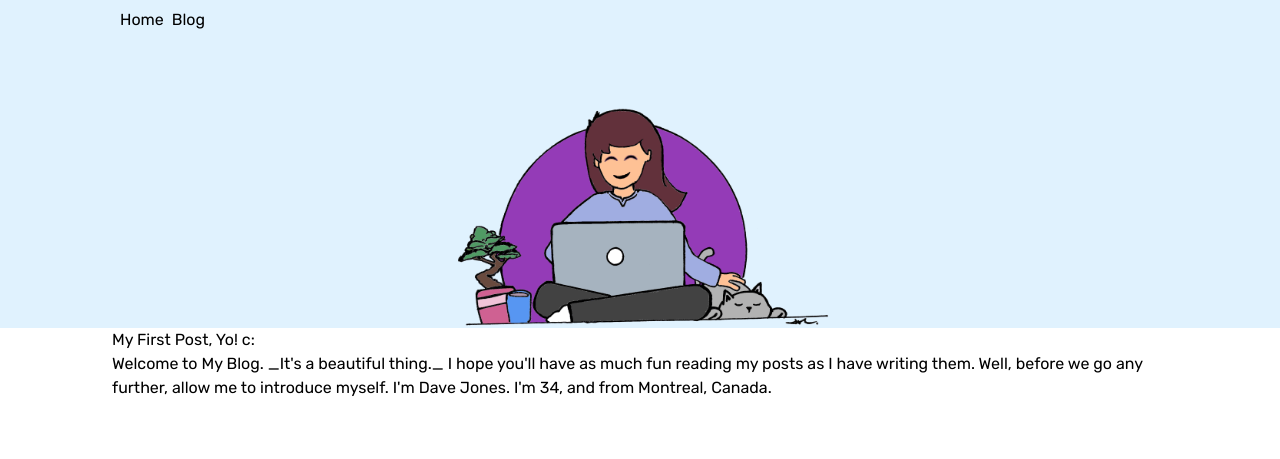
Repository: Risclover/markdown-blog
Page: /posts/1
An editor plug-in stored every save of this project. The page is shown before and after the next save, followed by the edit.
The browser window is 1280 px wide. The pictures show the whole page.
The project was rebuilt for these pictures with package versions that can differ from the ones it lists, and the page was loaded fresh each time. Also part of the build but not shown: src/components/BlogPost.js, src/pages/Home/Categories.js, src/pages/Home/Home.js, src/ErrorBoundary.js.

Above is the page before, as saved 2023-06-29 06:38:57.

After the next save:
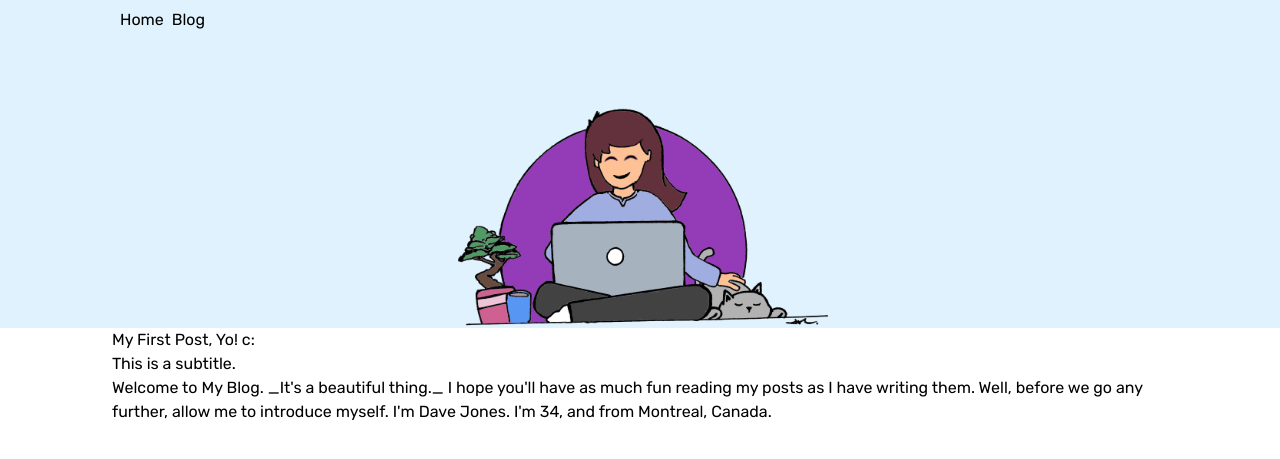
Saved 17 h 44 min later.
--- a/src/pages/PostPage/PostPage.js
+++ b/src/pages/PostPage/PostPage.js
@@ -14,6 +14,7 @@ export default function PostPage({ postList }) {
   return (
     <div className="mx-auto max-w-6xl w-full px-12">
       <div>{post?.title} c:</div>
+      <div>{post?.subtitle}</div>
       <div>{post?.content}</div>
     </div>
   );
